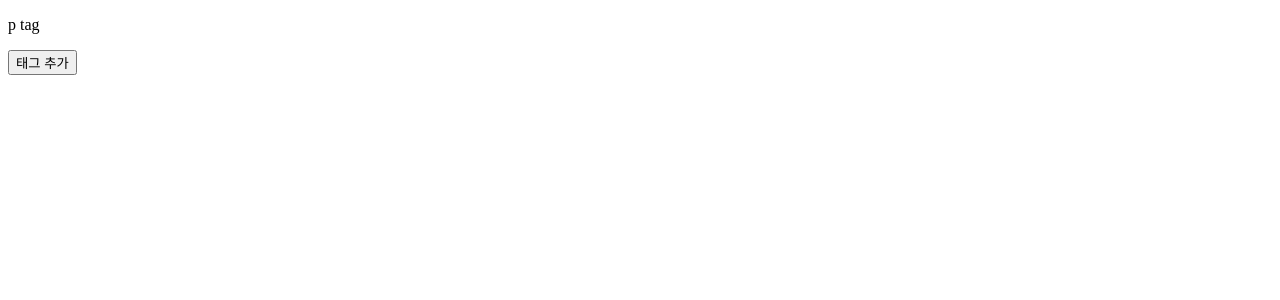
Repository: jeongho97/JQuery
Page: JQuery기본2/WebContent/JQuery_tag추가.html
The author's editor kept a copy of each file at every save. The page is drawn from the files as they stood at one save, then again after the next save.
The browser window is 1280 px wide. The pictures show the whole page.
After loading, the first visible `button` was clicked once.

Above is the page before, as saved 2022-05-13 02:23:58.

After the next save:
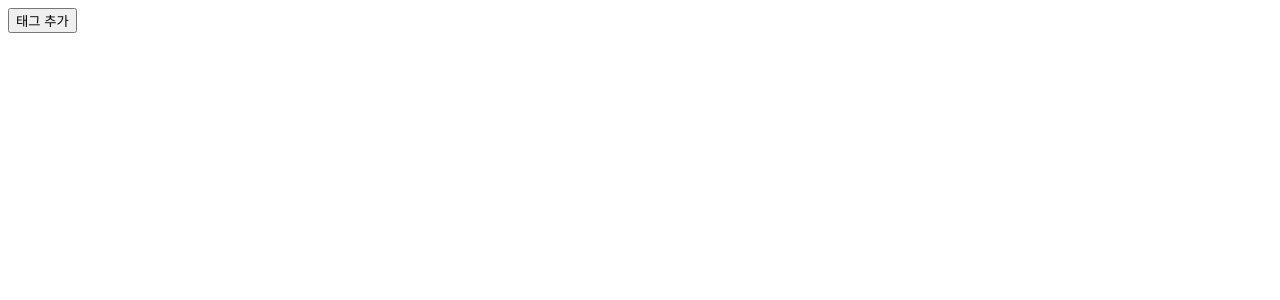
Saved 35 s later.
--- a/JQuery기본2/WebContent/JQuery_tag추가.html
+++ b/JQuery기본2/WebContent/JQuery_tag추가.html
@@ -16,8 +16,8 @@
 $("button").click(function(){
 
 	//text추가
-	let txt="<p>p tag</p>";
-	$("#div").append(txt);
+	/* let txt="<p>p tag</p>";
+	$("#div").append(txt); */
 	//JavaScript추가
 
 	//JQuery추가
